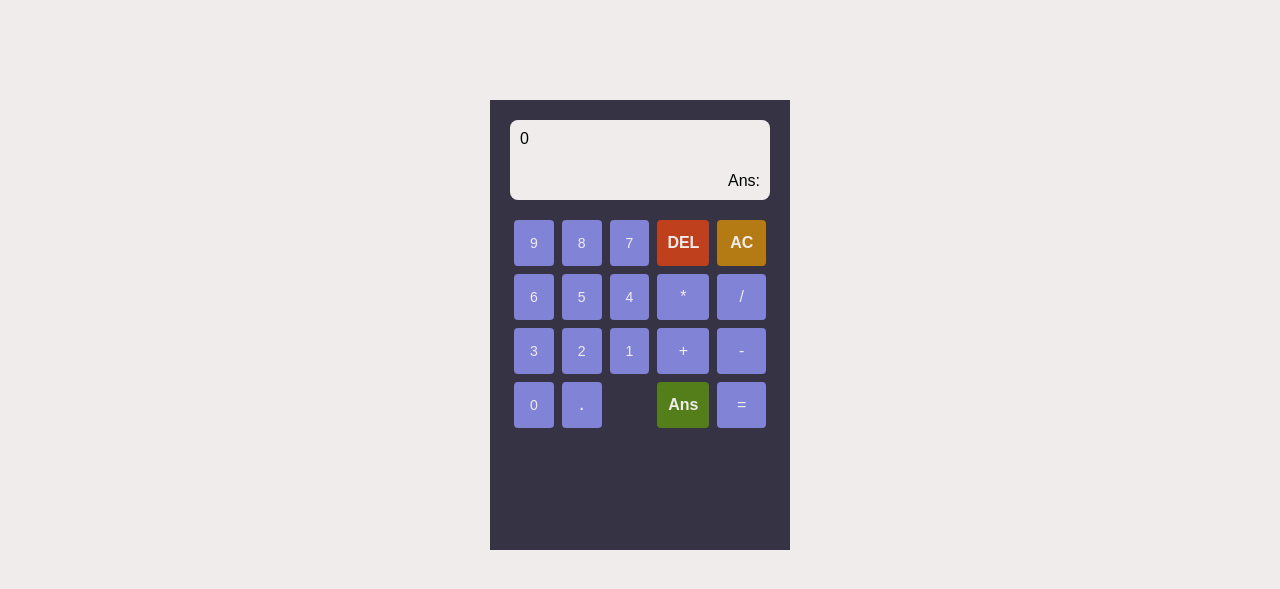
Repository: Bishek666/simple-calculator
Page: /
The author's editor kept a copy of each file at every save. The page is drawn from the files as they stood at one save, then again after the next save.
The browser window is 1280 px wide. The pictures show the whole page.
The project was rebuilt for these pictures with package versions that can differ from the ones it lists, and the page was loaded fresh each time.

Above is the page before, as saved 2021-10-26 17:35:02.

After the next save:
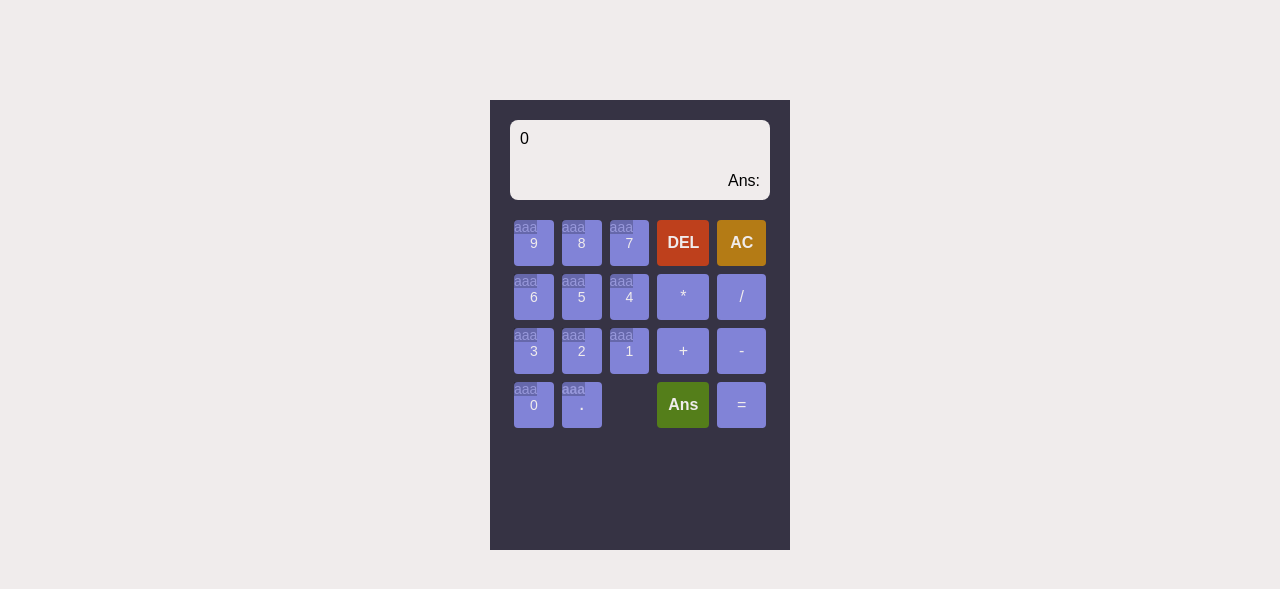
Saved 6 s later.
--- a/src/index.css
+++ b/src/index.css
@@ -81,7 +81,7 @@ button {
 }
 .digits button::before {
     position: absolute;
-    content: '';
+    content: 'aaa';
     top: 0;
     left: 0;
     background-color: black;
